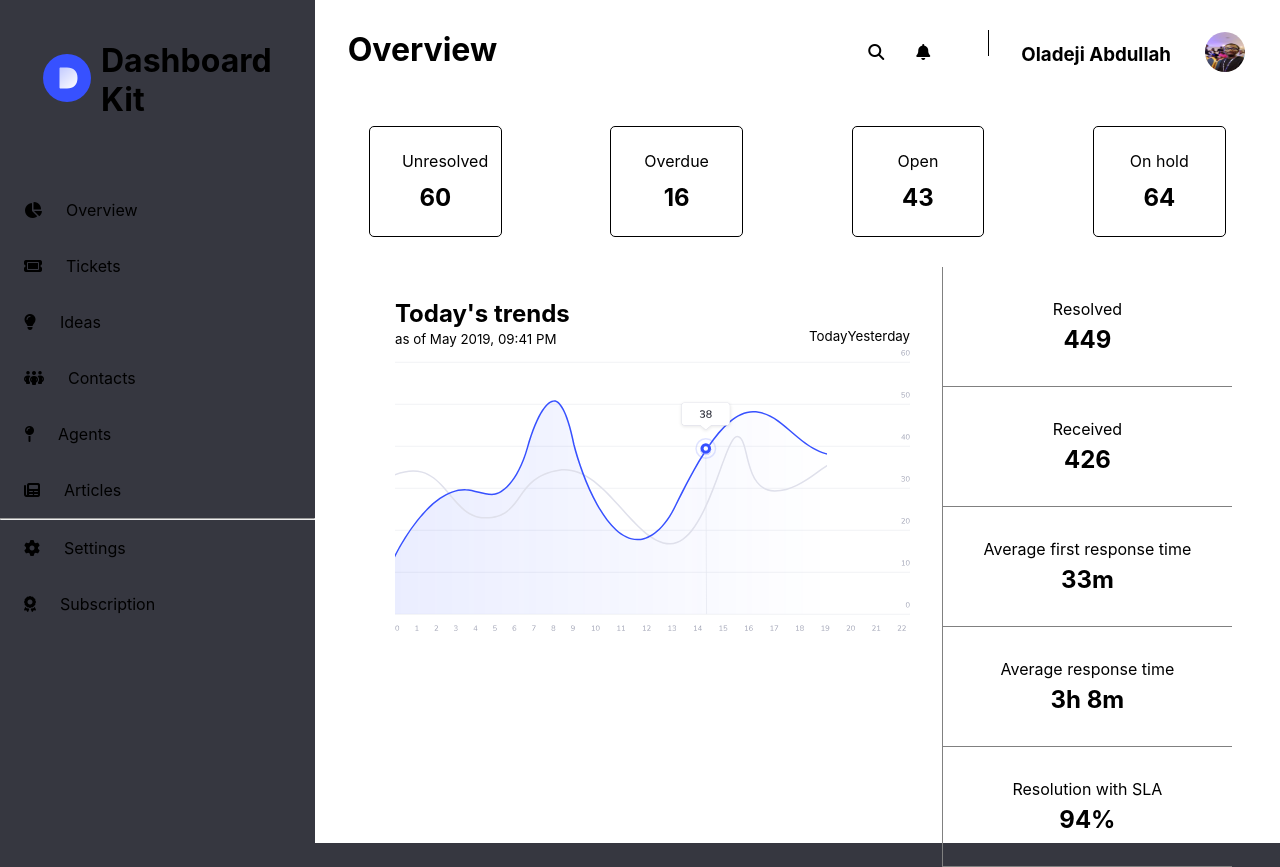
Repository: BuduCE/dashboard
Page: /
The author's editor kept a copy of each file at every save. The page is drawn from the files as they stood at one save, then again after the next save.
The browser window is 1280 px wide. The pictures show the whole page.
Some web libraries are served in a nearby version. The project was rebuilt for these pictures with package versions that can differ from the ones it lists, and the page was loaded fresh each time.

Above is the page before, as saved 2022-08-03 23:37:06.

### public/index.html
<!DOCTYPE html>
<html lang="en">
  <head>
    <meta charset="utf-8" />
    <link rel="icon" href="%PUBLIC_URL%/favicon.ico" />
    <meta name="viewport" content="width=device-width, initial-scale=1" />
    <meta name="theme-color" content="#000000" />
    <meta
      name="description"
      content="Web site created using create-react-app"
    />
    <link rel="apple-touch-icon" href="%PUBLIC_URL%/logo192.png" />
    <!--
      manifest.json provides metadata used when your web app is installed on a
      user's mobile device or desktop. See https://developers.google.com/web/fundamentals/web-app-manifest/
    -->
    <link rel="manifest" href="%PUBLIC_URL%/manifest.json" />
    <!--
      Notice the use of %PUBLIC_URL% in the tags above.
      It will be replaced with the URL of the `public` folder during the build.
      Only files inside the `public` folder can be referenced from the HTML.

      Unlike "/favicon.ico" or "favicon.ico", "%PUBLIC_URL%/favicon.ico" will
      work correctly both with client-side routing and a non-root public URL.
      Learn how to configure a non-root public URL by running `npm run build`.
    -->

    <!-- Font-Awesome  -->
    <link
      rel="stylesheet" href="https://cdnjs.cloudflare.com/ajax/libs/font-awesome/6.1.1/css/all.min.css" integrity="sha512-KfkfwYDsLkIlwQp6LFnl8zNdLGxu9YAA1QvwINks4PhcElQSvqcyVLLD9aMhXd13uQjoXtEKNosOWaZqXgel0g==" crossorigin="anonymous" referrerpolicy="no-referrer"
    />
    <title>Admin Dashboard</title>
  </head>
  <body>
    <noscript>You need to enable JavaScript to run this app.</noscript>
    <div id="root"></div>
    <!--
      This HTML file is a template.
      If you open it directly in the browser, you will see an empty page.

      You can add webfonts, meta tags, or analytics to this file.
      The build step will place the bundled scripts into the <body> tag.

      To begin the development, run `npm start` or `yarn start`.
      To create a production bundle, use `npm run build` or `yarn build`.
    -->
  </body>
</html>

### src/index.css
* {
  margin: 0;
  padding: 0;
  box-sizing: border-box;
}
body {
  margin: 0;
  font-family: -apple-system, BlinkMacSystemFont, 'Segoe UI', 'Roboto', 'Oxygen',
    'Ubuntu', 'Cantarell', 'Fira Sans', 'Droid Sans', 'Helvetica Neue',
    sans-serif;
  -webkit-font-smoothing: antialiased;
  -moz-osx-font-smoothing: grayscale;
  background: rgba(54, 55, 64, 1);
}

code {
  font-family: source-code-pro, Menlo, Monaco, Consolas, 'Courier New',
    monospace;
}

### src/App.js
import './App.css';
// import Overview from './pages/Overview';
// import Header from './components/common/Header';
import Sidenav from './components/common/SideNav';
// import Login from './pages/Login';

function App() {
  return (
    <div className="App">
      <Sidenav />
    </div>
  );
}

export default App;

### src/components/common/SideNav/index.jsx
import React from 'react'
import Overview from '../../../pages/Overview'
import Header from '../Header'
import Logo from '../Logo'
import './styles.css'

const Sidenav = () => {
  return (
    <div className='dashboard'>
        <div className="navbar">
            <div className="logo">
                <Logo />
                <h1>Dashboard Kit</h1>
            </div>
            <div className="heading">
                <i className='fas fa-chart-pie'></i>
                <p>Overview</p>
            </div>
            <div className="heading">
                <i className='fas fa-ticket'></i>
                <p>Tickets</p>
            </div>
            <div className="heading">
                <i className='fas fa-lightbulb'></i>
                <p>Ideas</p>
            </div>
            <div className="heading">
                <i className='fas fa-people-group'></i>
                <p>Contacts</p>
            </div>
            <div className="heading">
                <i className='fas fa-map-pin'></i>
                <p>Agents</p>
            </div>
            <div className="heading">
                <i className='fas fa-newspaper'></i>
                <p>Articles</p>
            </div>
            <hr />
            <div className="heading">
                <i className='fas fa-gear'></i>
                <p>Settings</p>
            </div>
            <div className="heading">
                <i className='fas fa-award'></i>
                <p>Subscription</p>
            </div>

        </div>
        <div className="info">
            <Header />
            <Overview />
        </div>
    </div>
  )
}

export default Sidenav

### src/pages/Overview/index.jsx
import React from 'react'
import './styles.css'
import TrendMap from './graph.svg'

const Overview = () => {
  return (
    <div className='overview_pg'>
        {/* Specific status */}
        <div className="overview_stat">
            <div className="overview_info">
                <p>Unresolved</p>
                <h2>60</h2>
            </div>
            <div className="overview_info">
                <p>Overdue</p>
                <h2>16</h2>
            </div>
            <div className="overview_info">
                <p>Open</p>
                <h2>43</h2>
            </div>
            <div className="overview_info">
                <p>On hold</p>
                <h2>64</h2>
            </div>
        </div>

        {/* Today's trend */}
        <div className="trends">
            <div className="trends_head">
                <div className="trends_headT">
                    <div className="trend_title">
                        <h2>Today's trends</h2>
                    </div>
                    <div className="trend_title_stat">
                        <div className="trend_date">
                            <small>as of May 2019, 09:41 PM</small>
                        </div>
                        <div className="trend_day">
                            <small>Today</small>
                            <small>Yesterday</small>
                        </div>
                    </div>
                </div>

                <div className="trends_headB">
                    <img src={TrendMap} alt="Trend Chart" />
                </div>
            </div>

            <div className="trends_summary">
                <div className="summary_type">
                    <p>Resolved</p>
                    <h2>449</h2>
                </div>
                <div className="summary_type">
                    <p>Received</p>
                    <h2>426</h2>
                </div>
                <div className="summary_type">
                    <p>Average first response time</p>
                    <h2>33m</h2>
                </div>
                <div className="summary_type">
                    <p>Average response time</p>
                    <h2>3h 8m</h2>
                </div>
                <div className="summary_type">
                    <p>Resolution with SLA</p>
                    <h2>94%</h2>
                </div>
            </div>
        </div>
    </div>
  )
}

export default Overview

### src/components/common/Header/index.jsx
import React from 'react'
import './styles.css'
import budu from './budu.jpg'

const Header = () => {
  return (
    <div className='head_er'>
        <div className="headerL">
            <h1>Overview</h1>
        </div>
        <div className="headerR">
            <i className='fas fa-magnifying-glass icon'></i>
            <i className='fas fa-bell icon bell'></i>
            <h3>Oladeji Abdullah</h3>
            <img src={budu} alt="" />
        </div>
    </div>
  )
}

export default Header

### src/components/common/Logo/index.jsx
import React from 'react'
import companyLogo from './logo.svg'

const Logo = () => {
  return (
    <div>
        <img src={companyLogo} alt="" />
    </div>
  )
}

export default Logo

### src/components/common/SideNav/styles.css
.dashboard{
    display: grid;
    grid-template-columns: 1fr 4fr;
}
.navbar{
    padding: 41px 0;
}
.logo{
    display: flex;
    padding: 43px 43px;
    padding-bottom: 63px;
    padding-top: 0;
    align-items: center;
}
.logo h1{
    margin-left: 10px;
}
.heading{
    width: 100%;
    display: flex;
    padding: 18px 24px;
    align-items: center;
}
.heading p{
    margin-left: 24px;
}
.heading:hover{
    border-left: 1px solid #fff;
    color: #fff;
}
.info{
    background: #fff;
    /* height: 100vh; */
}

### src/pages/Overview/styles.css
.overview_pg{
    margin-top: 54px;
}
.overview_stat{
    display: grid;
    grid-template-columns: 1fr 1fr 1fr 1fr;
    /* justify-content: space-evenly; */
    width: 100%;
}
.overview_info{
    display: flex;
    flex-direction: column;
    text-align: center;
    border: 1px solid;
    border-radius: 5px;
    padding: 24px 32px;
    background: #fff;
    box-shadow: 15px;
    width: 55%;
    margin: auto;
}
.overview_info p{
    padding-bottom: 12px;
}

/* trend  */
.trends{
    width: 90%;
    background: #fff;
    margin: auto;
    border-radius: 5px;
    height: 80vh;
    margin-top: 30px;
    display: grid;
    grid-template-columns: 2fr 1fr;
    margin-top: 30px;
}
.trends_head{
    padding: 32px;
}
.trend_title_stat{
    display: flex;
    justify-content: space-between;
}
.trend_day{
    display: flex;
    justify-content: space-evenly;
}
.trends_headB img{
    width: 100%;
}

/* summary  */
.trends_summary{
    display: grid;
    grid-template-rows: 1fr 1fr 1fr 1fr 1fr;
}
.summary_type{
    padding: 32px;
    border-left: 1px solid grey;
    border-bottom: 1px solid grey;
    text-align: center;
}
.summary_type p{
    margin-bottom: 6px;
}

### src/components/common/Header/styles.css
.head_er{
    display: flex;
    justify-content: space-between;
    width: 100%;
    height: 10vh;
    padding: 30px 33px;
}
.headerR{
    display: flex;
    justify-content: space-between;
    /* align-items: center; */
}
.icon{
    width: 16px;
    height: 16px;
    padding: 14px 24px;
}
.bell{
    padding-right: 72px;
}
.headerR h3{
    padding: 13px 32px;
    border-left: 1px solid #000;
}
.headerR img{
    width: 44px;
    height: 44px;
    border-radius: 50%;
    border: 2px solid #fff;
}

Loaded but not shown: src/index.js (common file); src/reportWebVitals.js (common file); src/App.css (common file)

After the next save:
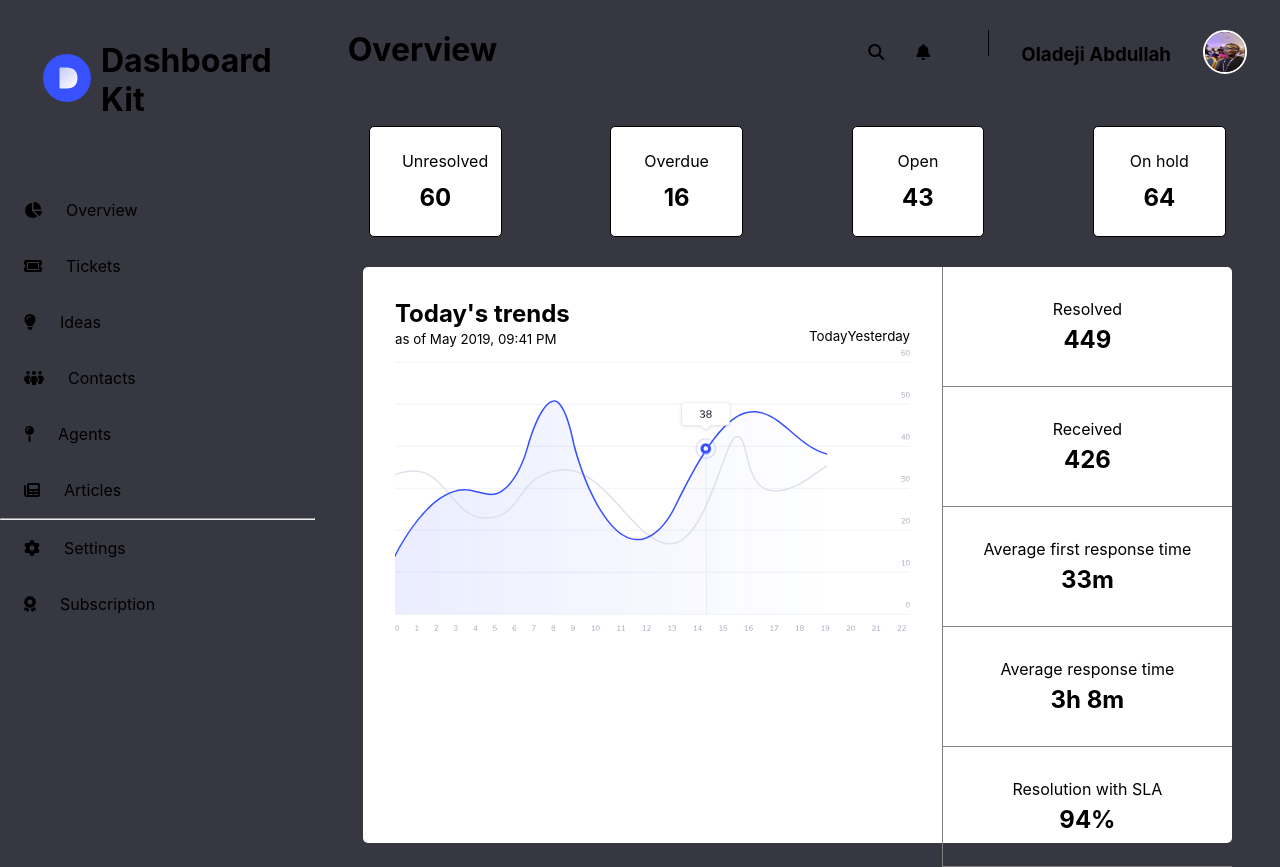
Saved 54 s later.
--- a/src/components/common/SideNav/styles.css
+++ b/src/components/common/SideNav/styles.css
@@ -29,6 +29,6 @@
     color: #fff;
 }
 .info{
-    background: #fff;
+    background: F7F8FC;
     /* height: 100vh; */
 }

After the save that followed:
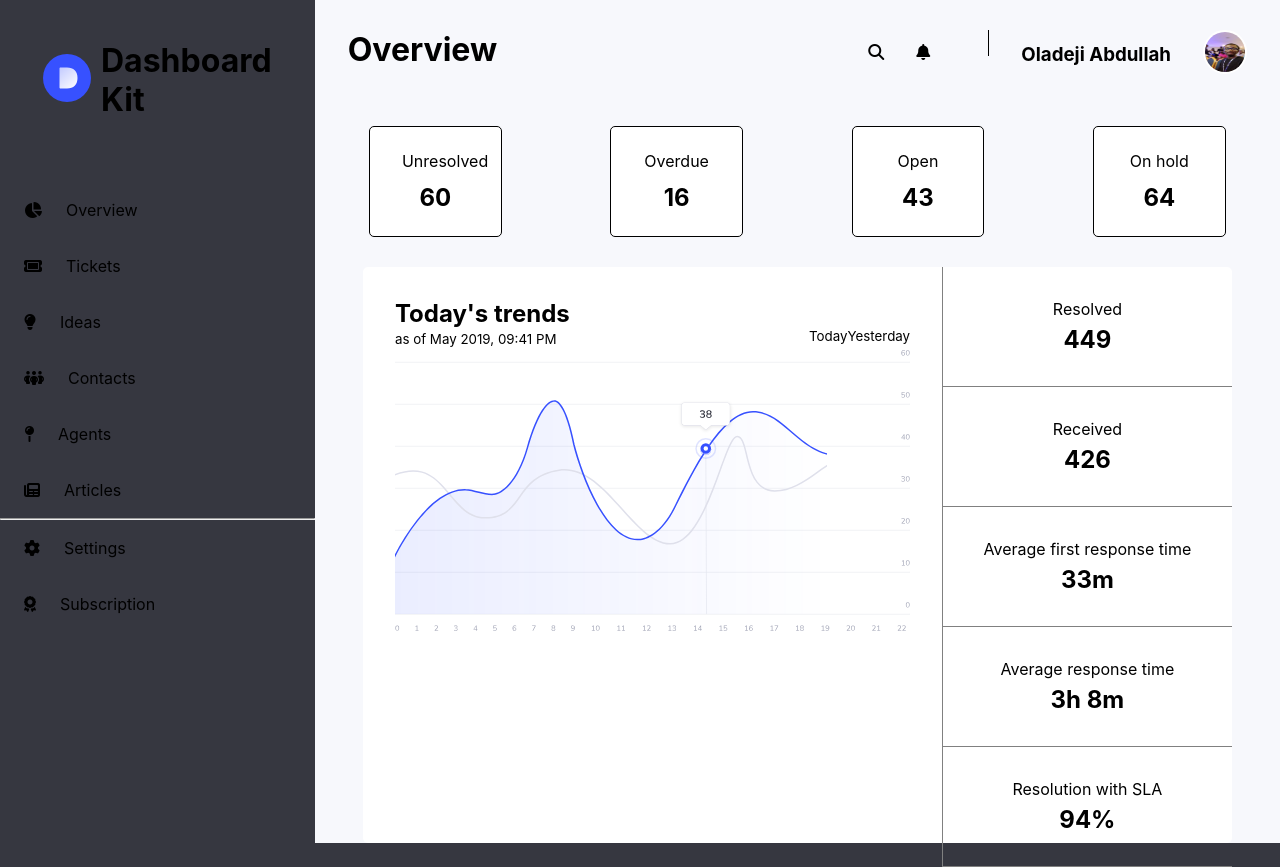
Saved 5 s later.
--- a/src/components/common/SideNav/styles.css
+++ b/src/components/common/SideNav/styles.css
@@ -29,6 +29,6 @@
     color: #fff;
 }
 .info{
-    background: F7F8FC;
+    background: #F7F8FC;
     /* height: 100vh; */
 }
